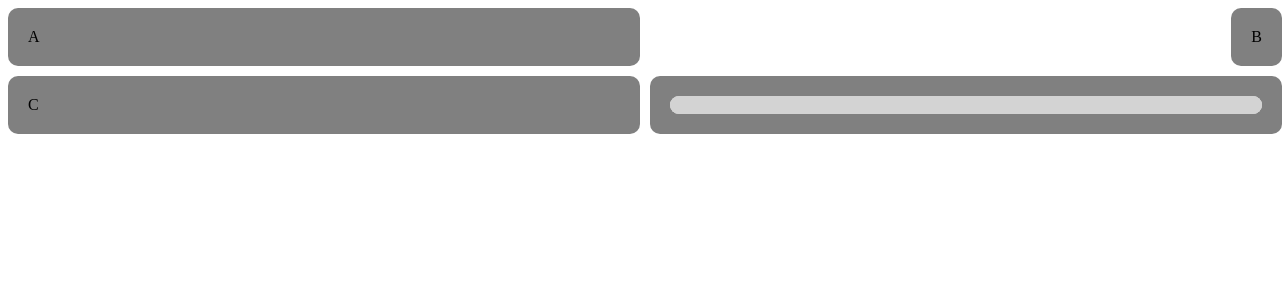
Repository: Yevhen94/nixhw
Page: fourth-lesson/index.html
The author's editor kept a copy of each file at every save. The page is drawn from the files as they stood at one save, then again after the next save.
The browser window is 1280 px wide. The page is 1282 px wide, so the pictures cover 1282 px, including what lies to the right of the window. The pictures show the whole page.

Above is the page before, as saved 2022-02-08 15:51:50.

### fourth-lesson/index.html
<!DOCTYPE html>
<html lang="en">
  <head>
    <meta charset="UTF-8" />
    <meta http-equiv="X-UA-Compatible" content="IE=edge" />
    <meta name="viewport" content="width=device-width, initial-scale=1.0" />
    <link rel="stylesheet" href="./styles/index.css" />
    <title>Flex+Grid</title>
  </head>
  <body>
    <!-- <div class="first-ex">
      <div class="block block--yellow">
        <span>A</span>
      </div>
      <div class="block block--yellow">
        <span>B</span>
      </div>
      <div class="block block--yellow">
        <span>C</span>
      </div>
      <div class="block block--pink">
        <span>D</span>
      </div>
      <div class="block block--pink">
        <span>E</span>
      </div>
      <div class="block block--pink">
        <span>F</span>
      </div>
      <div class="block block--green">
        <span>G</span>
      </div>
      <div class="block block--green">
        <span>H</span>
      </div>
      <div class="block block--green">
        <span>I</span>
      </div>
      <div class="block block--blue">
        <span>J</span>
      </div>
      <div class="block block--blue">
        <span>K</span>
      </div>
      <div class="block block--blue">
        <span>L</span>
      </div>
    </div> -->
    <!-- <div class="second-ex">
      <div class="resp-block two-in-one">
        <span>A</span>
      </div>
      <div class="resp-block">
        <span>B</span>
      </div>
      <div class="resp-block">
        <span>C</span>
      </div>
      <div class="resp-block">
        <span>D</span>
      </div>
      <div class="resp-block">
        <span>E</span>
      </div>
      <div class="resp-block">
        <span>F</span>
      </div>
      <div class="resp-block four-in-one">
        <span>G</span>
      </div>
      <div class="resp-block">
        <span>H</span>
      </div>
      <div class="resp-block">
        <span>I</span>
      </div>
      <div class="resp-block">
        <span>J</span>
      </div>
      <div class="resp-block three-in-one">
        <span>K</span>
      </div>
      <div class="resp-block">
        <span>L</span>
      </div>
      <div class="resp-block">
        <span>M</span>
      </div>
    </div> -->
    <div class="third-ex">
      <div class="item">
        <span>A</span>
      </div>
      <div class="item">
        <span>B</span>
      </div>
      <div class="item two-row-item">
        <span>C</span>
      </div>
      <div class="item subgrid">
        <div class="subitem subitem-first"></div>
        <div class="subitem"></div>
        <div class="subitem"></div>
      </div>
    </div>
  </body>
</html>

### fourth-lesson/styles/index.css
.first-ex {
  grid-template-columns: repeat(3, 1fr);
  display: grid;
  gap: 10px;
}

.block {
  justify-content: center;
  align-items: center;
  min-height: 150px;
  font-weight: bold;
  min-width: 150px;
  font-size: 30px;
  display: flex;
}

.block--yellow {
  background-color: yellow;
  justify-self: end;
}

.block--pink {
  background-color: pink;
  justify-self: start;
}

.block--green {
  background-color: lightgreen;
  justify-self: center;
}

.block--blue {
  background-color: lightblue;
}

.second-ex {
  grid-template-columns: repeat(auto-fill, minmax(200px, 1fr));
  display: grid;
  gap: 10px;
}

.resp-block {
  background-color: lightgrey;
  justify-content: center;
  align-items: center;
  border-radius: 20px;
  font-weight: bold;
  font-size: 30px;
  padding: 20px;
  display: flex;
}

.two-in-one {
  grid-column: 1 / span 2;
}

.four-in-one {
  grid-column-end: span 2;
  grid-row-end: span 2;
}

.three-in-one {
  grid-column-end: span 3;
}

.third-ex {
  grid-template-columns: repeat(2, 50%);
  display: grid;
  gap: 10px;
}

.item {
  background-color: grey;
  border-radius: 10px;
  padding: 20px;
}

.item:nth-child(2) {
  justify-self: end;
}

.subgrid {
  grid-template-columns: subgrid;
  grid-template-rows: subgrid;
  display: grid;
}

.subitem {
  background-color: lightgray;
  border-radius: 10px;
}

.subitem-first {
  grid-row: 1 / span 2;
  grid-column: 1;
}

After the next save:
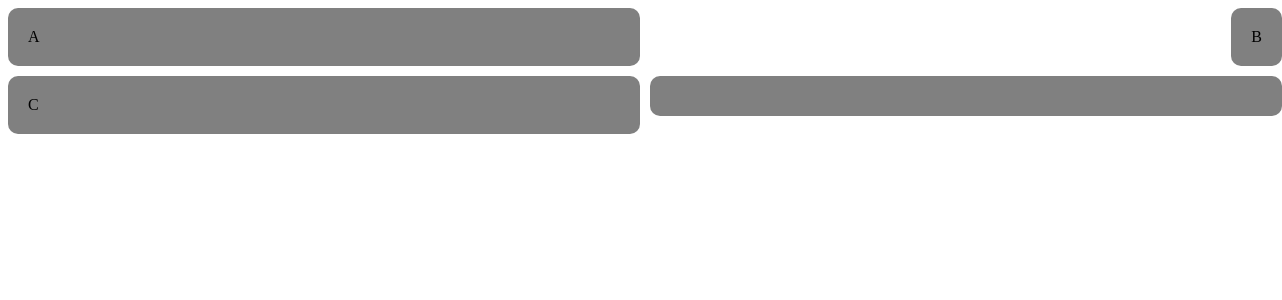
Saved 26 s later.
--- a/fourth-lesson/styles/index.css
+++ b/fourth-lesson/styles/index.css
@@ -79,6 +79,10 @@
   justify-self: end;
 }
 
+.two-row-item {
+  grid-row-end: span 2;
+}
+
 .subgrid {
   grid-template-columns: subgrid;
   grid-template-rows: subgrid;
